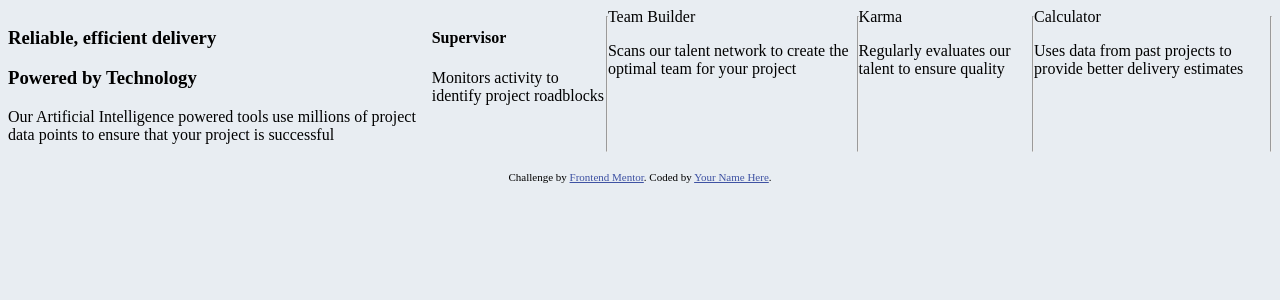
Repository: AngelaMwelu/four-card-page
Page: index.html
An editor plug-in stored every save of this project. The page is shown before and after the next save, followed by the edit.
The browser window is 1280 px wide. The pictures show the whole page.

Above is the page before, as saved 2025-05-15 15:05:23.

After the next save:
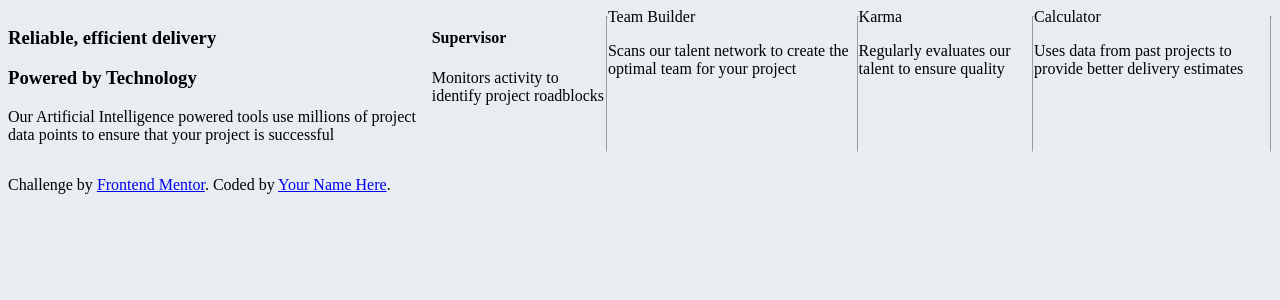
Saved 5 s later.
--- a/index.html
+++ b/index.html
@@ -9,10 +9,7 @@
 
   <title>Frontend Mentor | Four card feature section</title>
   <!-- Feel free to remove these styles or customise in your own stylesheet 👍 -->
-  <style>
-    .attribution { font-size: 11px; text-align: center; }
-    .attribution a { color: hsl(228, 45%, 44%); }
-  </style>
+
   <style>
     .Card{
       display:flex;
